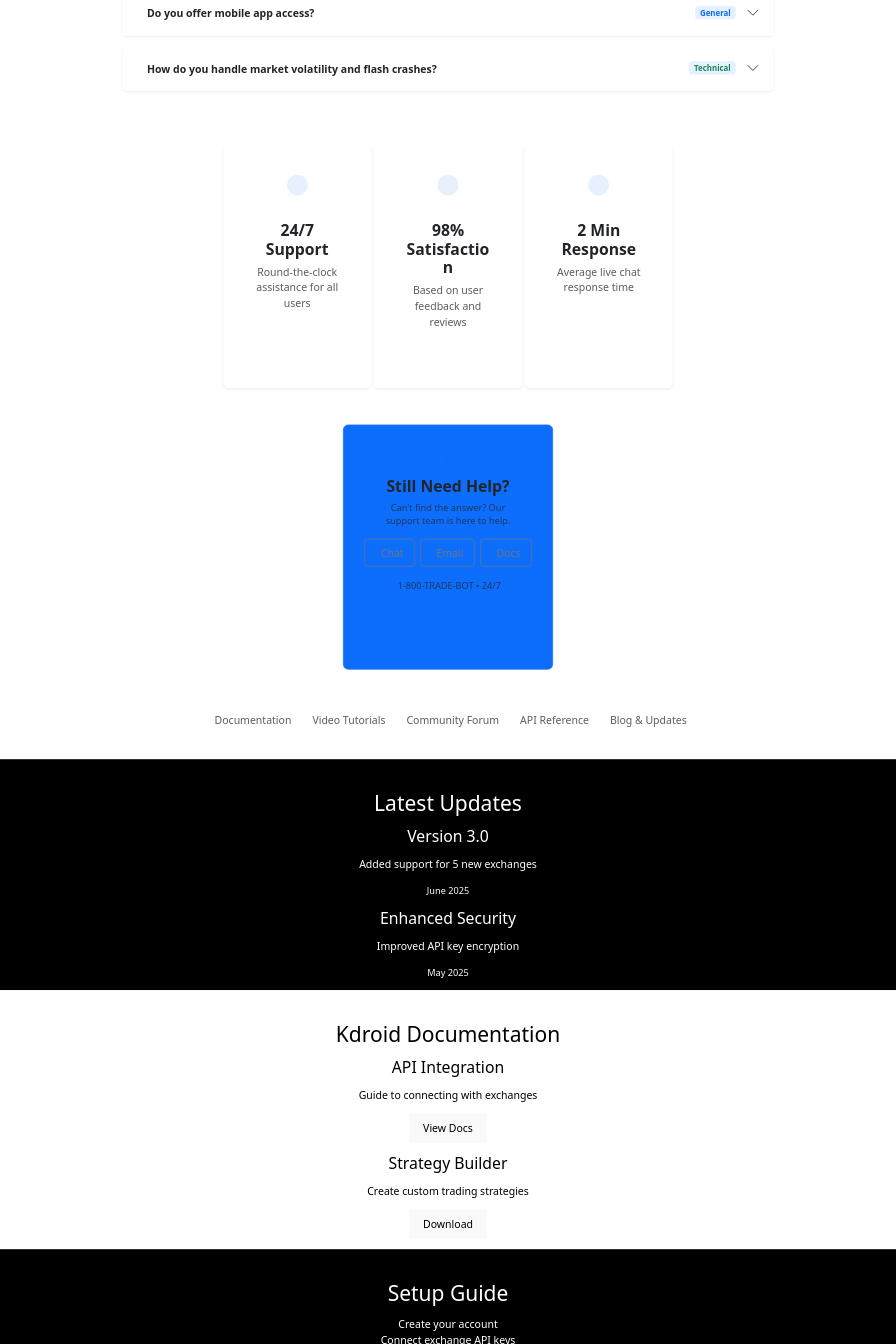
Repository: Kevin-Pro-Codes/halo-trading
Page: /
An editor plug-in stored every save of this project. The page is shown before and after the next save, followed by the edit.
The browser window is 1280 px wide. The pictures show the part of the page from y = 2001 to 3921 px (the page is 10352 px tall before and 10375 px after), at 70% of full size.
The page's requests for data from a server got no answer. The project was rebuilt for these pictures with package versions that can differ from the ones it lists, and the page was loaded fresh each time. Some packages were replaced by stand-ins written for this rebuild. No one was signed in, and anything a server would have sent is missing. Also part of the build but not shown: vite.config.js, src/styles/DocStyle.css, src/styles/PricingStyle.css.

Above is the page before, as saved 2025-12-09 15:39:24.

### src/index.css
:root {
  font-family: system-ui, Avenir, Helvetica, Arial, sans-serif;
  line-height: 1.5;
  font-weight: 400;

  color-scheme: light dark;
  color: rgba(255, 255, 255, 0.87);
  background-color: #242424;

  font-synthesis: none;
  text-rendering: optimizeLegibility;
  -webkit-font-smoothing: antialiased;
  -moz-osx-font-smoothing: grayscale;
}

a {
  font-weight: 500;
  color: #646cff;
  text-decoration: inherit;
}
a:hover {
  color: #535bf2;
}

body {
  margin: 0;
  padding: 0;
}

h1 {
  font-size: 3.2em;
  line-height: 1.1;
}

button {
  border-radius: 8px;
  border: 1px solid transparent;
  padding: 0.6em 1.2em;
  font-size: 1em;
  font-weight: 500;
  font-family: inherit;
  background-color: #1a1a1a;
  cursor: pointer;
  transition: border-color 0.25s;
}
button:hover {
  border-color: #646cff;
}
button:focus,
button:focus-visible {
  outline: 4px auto -webkit-focus-ring-color;
}

@media (prefers-color-scheme: light) {
  :root {
    color: #213547;
    background-color: #ffffff;
  }
  a:hover {
    color: #747bff;
  }
  button {
    background-color: #f9f9f9;
  }
}

### src/Navbar.jsx
import React from 'react';
import haloLogo from './assets/halo.png';



const Navbar = ({ showHamburger, menuOpen, setMenuOpen }) => {
  return (
    <nav className="navbar">
      <div className="nav-content">
        <div className="nav-brand">
          <img src={haloLogo} alt="Trading Bot Logo" className="logo-img" />
        </div>

        {showHamburger ? (
          <div className="hamburger-container">
            <button
              className={`hamburger-btn ${menuOpen ? 'active' : ''}`}
              onClick={() => setMenuOpen(!menuOpen)}
              aria-label="Menu"
            >
              <span></span>
              <span></span>
              <span></span>
            </button>
          </div>
        ) : (
          <div className="nav-links">
            <button className="nav-btn">Home</button>
            <button className="nav-btn">About</button>
            <button className="nav-btn">Products</button>
            <button className="nav-btn">Contact</button>
          </div>
        )}
      </div>

      {showHamburger && menuOpen && (
        <div className="mobile-menu">
          <button className="nav-btn">Home</button>
          <button className="nav-btn">About</button>
          <button className="nav-btn">Products</button>
          <button className="nav-btn">Contact</button>
        </div>
      )}
    </nav>
  );
};

export default Navbar;

### src/components/FaqSection.jsx
import React, { useState } from 'react';

const FaqSection = () => {
  const [activeAccordion, setActiveAccordion] = useState(null);

  const faqs = [
    {
      question: "How does the AI trading bot work?",
      answer: "Our bot uses machine learning algorithms to analyze market data in real-time. It connects to your exchange accounts via secure API keys and executes trades based on your configured strategies. The AI continuously learns from market patterns and adapts to changing conditions for optimal performance.",
      category: "general"
    },
    {
      question: "Which cryptocurrency exchanges are supported?",
      answer: "We support all major exchanges including Binance, Coinbase Pro, Kraken, KuCoin, FTX, Bybit, and Bitfinex. Our platform is compatible with any exchange that provides REST API access. We're constantly adding new exchange integrations based on user demand.",
      category: "technical"
    },
    {
      question: "Is there a free trial or demo version available?",
      answer: "Yes! We offer a 14-day free trial with full access to all features including paper trading (simulated trading with virtual funds). No credit card required to start. After the trial, you can choose from our flexible subscription plans starting at $29/month.",
      category: "pricing"
    },
    {
      question: "How secure is my exchange API access?",
      answer: "We implement bank-level security measures including end-to-end encryption, read-only API key permissions by default, and never store your API secrets on our servers. All keys are encrypted at rest and in transit. We recommend using API keys with withdrawal disabled for maximum security.",
      category: "security"
    },
    {
      question: "Can I run multiple trading strategies simultaneously?",
      answer: "Absolutely! You can run up to 20 different strategies concurrently on a single account. Each strategy can have its own configuration, risk parameters, and asset allocation. Our platform includes strategy backtesting and performance analytics to help you optimize your approach.",
      category: "technical"
    },
    {
      question: "What is the minimum capital required to start?",
      answer: "There's no minimum requirement to use our platform. You can start trading with any amount. However, we recommend starting with at least $100 to account for exchange fees and market fluctuations. Remember: never trade more than you can afford to lose.",
      category: "pricing"
    },
    {
      question: "Do you offer mobile app access?",
      answer: "Yes! We have native iOS and Android apps that provide full functionality including real-time monitoring, strategy adjustments, and performance analytics. You can also access our platform via any modern web browser on desktop or mobile.",
      category: "general"
    },
    {
      question: "How do you handle market volatility and flash crashes?",
      answer: "Our platform includes multiple safety features: stop-loss orders, trailing stops, take-profit targets, and circuit breakers. The AI is trained to recognize abnormal market conditions and can temporarily pause trading during extreme volatility to protect your capital.",
      category: "technical"
    }
  ];

  const categories = [
    { id: "all", name: "All Questions", icon: "bi-grid", variant: "primary" },
    { id: "general", name: "General", icon: "bi-question-circle", variant: "primary" },
    { id: "technical", name: "Technical", icon: "bi-gear", variant: "success" },
    { id: "pricing", name: "Pricing", icon: "bi-currency-dollar", variant: "warning" },
    { id: "security", name: "Security", icon: "bi-shield-check", variant: "info" }
  ];

  const [selectedCategory, setSelectedCategory] = useState("all");

  const filteredFaqs = selectedCategory === "all"
    ? faqs
    : faqs.filter(faq => faq.category === selectedCategory);

  return (
    <section className="py-5 bg-white">
      <div className="container">
        {/* Header */}
        <div className="row justify-content-center text-center mb-5">
          <div className="col-lg-8">
            <h2 className="display-5 fw-bold mb-3">
              Frequently Asked Questions
            </h2>
            <p className="lead text-muted mb-4">
              Get answers to common questions about our trading platform
            </p>
          </div>
        </div>

        {/* Category Filter */}
        <div className="row mb-4">
          <div className="col-12">
            <div className="d-flex flex-wrap justify-content-center gap-2 mb-4">
              {categories.map((category) => (
                <button
                  key={category.id}
                  onClick={() => setSelectedCategory(category.id)}
                  className={`btn btn-sm px-3 py-2 fw-bold ${selectedCategory === category.id ? `btn-${category.variant}` : `btn-outline-${category.variant}`}`}
                >
                  <i className={`bi ${category.icon} me-2`}></i>
                  {category.name}
                </button>
              ))}
            </div>
          </div>
        </div>

        {/* Search Bar */}
        <div className="row justify-content-center mb-5">
          <div className="col-md-8 col-lg-6">
            <div className="input-group shadow-sm">
              <span className="input-group-text bg-white border-end-0">
                <i className="bi bi-search text-muted"></i>
              </span>
              <input
                type="text"
                className="form-control border-start-0"
                placeholder="Search questions..."
              />
              <button className="btn btn-primary">
                Search
              </button>
            </div>
          </div>
        </div>

        {/* FAQ Accordion */}
        <div className="row justify-content-center">
          <div className="col-lg-10">
            <div className="accordion" id="faqAccordion">
              {filteredFaqs.map((faq, index) => (
                <div className="accordion-item border-0 shadow-sm mb-3" key={index}>
                  <h2 className="accordion-header">
                    <button
                      className={`accordion-button ${activeAccordion === index ? '' : 'collapsed'} fw-bold py-4`}
                      type="button"
                      onClick={() => setActiveAccordion(activeAccordion === index ? null : index)}
                      style={{
                        backgroundColor: activeAccordion === index ? 'rgba(13, 110, 253, 0.05)' : 'white'
                      }}
                    >
                      <div className="d-flex align-items-center w-100">
                        <i className="bi bi-question-circle-fill text-primary me-3"></i>
                        <span className="me-auto">{faq.question}</span>
                        <span className={`badge bg-${categories.find(c => c.id === faq.category)?.variant} bg-opacity-10 text-${categories.find(c => c.id === faq.category)?.variant} me-3`}>
                          {categories.find(c => c.id === faq.category)?.name}
                        </span>
                      </div>
                    </button>
                  </h2>
                  <div
                    className={`accordion-collapse collapse ${activeAccordion === index ? 'show' : ''}`}
                  >
                    <div className="accordion-body py-4">
                      <p className="text-muted mb-4">{faq.answer}</p>
                      <div className="d-flex justify-content-between align-items-center">
                        <div className="d-flex gap-2">
                          <span className="badge bg-light text-dark border">#AI</span>
                          <span className="badge bg-light text-dark border">#Trading</span>
                          <span className="badge bg-light text-dark border">#Platform</span>
                        </div>
                        <button className="btn btn-sm btn-outline-primary">
                          <i className="bi bi-hand-thumbs-up me-1"></i>
                          Helpful
                        </button>
                      </div>
                    </div>
                  </div>
                </div>
              ))}
            </div>
          </div>
        </div>

        {/* Stats */}
        <div className="row justify-content-center mt-5 mb-2">
          <div className="col-sm-7">
            <div className="row g-1">
              <div className="col-md-4 text-center">
                <div className="card border-0 shadow-sm h-1">
                  <div className="card-body p-4">
                    <div className="bg-primary bg-opacity-10 p-3 rounded-circle d-inline-block mb-3">
                      <i className="bi bi-headset text-primary fs-4"></i>
                    </div>
                    <h3 className="fw-bold mb-2">24/7 Support</h3>
                    <p className="text-muted mb-0">Round-the-clock assistance for all users</p>
                  </div>
                </div>
              </div>
              <div className="col-md-4 text-center">
                <div className="card border-0 shadow-sm h-1">
                  <div className="card-body p-4">
                    <div className="bg-success bg-opacity-10 p-3 rounded-circle d-inline-block mb-3">
                      <i className="bi bi-check-circle text-success fs-4"></i>
                    </div>
                    <h3 className="fw-bold mb-2">98% Satisfaction</h3>
                    <p className="text-muted mb-0">Based on user feedback and reviews</p>
                  </div>
                </div>
              </div>
              <div className="col-md-4 text-center">
                <div className="card border-0 shadow-sm h-1">
                  <div className="card-body p-4">
                    <div className="bg-warning bg-opacity-10 p-3 rounded-circle d-inline-block mb-3">
                      <i className="bi bi-lightning text-warning fs-4"></i>
                    </div>
                    <h3 className="fw-bold mb-2">2 Min Response</h3>
                    <p className="text-muted mb-0">Average live chat response time</p>
                  </div>
                </div>
              </div>
            </div>
          </div>
        </div>

{/* CTA Section - Wider & Shorter */}
<div className="row justify-content-center mt-4">
  <div className="col-lg-11 col-xl-10">  {/* WIDER */}
    <div className="card border-primary bg-primary bg-opacity-5">

      {/* Reduced vertical padding */}
      <div className="card-body p-3 p-md-4">

        {/* Smaller header spacing */}
        <div className="text-center mb-3">
          <div className="bg-primary bg-opacity-10 p-2 rounded-circle d-inline-block mb-2">
            <i className="bi bi-question-circle-fill text-primary fs-4"></i>
          </div>
          <h4 className="fw-bold mb-2">Still Need Help?</h4>
          <p className="text-muted mb-3 small">
            Can't find the answer? Our support team is here to help.
          </p>
        </div>

        {/* Smaller buttons & tighter spacing */}
        <div className="d-flex flex-column flex-md-row justify-content-center align-items-center gap-2 mb-3">
          <button className="btn btn-outline-secondary px-3 py-2">
            <i className="bi bi-chat-dots me-2"></i> Chat
          </button>

          <button className="btn btn-outline-secondary px-3 py-2">
            <i className="bi bi-envelope me-2"></i> Email
          </button>

          <button className="btn btn-outline-secondary px-3 py-2">
            <i className="bi bi-book me-2"></i> Docs
          </button>
        </div>

        {/* Smaller footer */}
        <div className="text-center mt-2">
          <small className="text-muted">
            <i className="bi bi-telephone me-1"></i>
            1-800-TRADE-BOT • 24/7
          </small>
        </div>

      </div>
    </div>
  </div>
</div>

        {/* Quick Links */}
        <div className="row justify-content-center mt-5">
          <div className="col-lg-10">
            <div className="d-flex flex-wrap justify-content-center gap-3 gap-md-4">
              <a href="#" className="text-decoration-none text-muted d-flex align-items-center">
                <i className="bi bi-file-text me-2"></i>
                <span>Documentation</span>
              </a>
              <a href="#" className="text-decoration-none text-muted d-flex align-items-center">
                <i className="bi bi-youtube me-2"></i>
                <span>Video Tutorials</span>
              </a>
              <a href="#" className="text-decoration-none text-muted d-flex align-items-center">
                <i className="bi bi-people me-2"></i>
                <span>Community Forum</span>
              </a>
              <a href="#" className="text-decoration-none text-muted d-flex align-items-center">
                <i className="bi bi-github me-2"></i>
                <span>API Reference</span>
              </a>
              <a href="#" className="text-decoration-none text-muted d-flex align-items-center">
                <i className="bi bi-file-earmark-text me-2"></i>
                <span>Blog & Updates</span>
              </a>
            </div>
          </div>
        </div>
      </div>
    </section>
  );
};

export default FaqSection;

### src/components/LatestSection.jsx
import React from 'react';
// import './LatestUpdates.css'; // Optional: import your styles

const LatestSection = () => {
  return (
    <section className="section-black">
      <div className="section-content">
        <h2>Latest Updates</h2>
        <div className="updates-grid">
          <div className="update-card">
            <h3>Version 3.0</h3>
            <p>Added support for 5 new exchanges</p>
            <small>June 2025</small>
          </div>
          <div className="update-card">
            <h3>Enhanced Security</h3>
            <p>Improved API key encryption</p>
            <small>May 2025</small>
          </div>
        </div>
      </div>
    </section>
  );
};

export default LatestSection;

### src/components/DocSection.jsx

import React from 'react';
// import './LatestUpdates.css'; // Optional: import your styles

const DocSection = () => {
  return (
      <section className="section-white">
          <div className="section-content">
            <h2>Kdroid Documentation</h2>
            <div className="doc-grid">
              <div className="doc-card">
                <h3>API Integration</h3>
                <p>Guide to connecting with exchanges</p>
                <button className="doc-btn">View Docs</button>
              </div>
              <div className="doc-card">
                <h3>Strategy Builder</h3>
                <p>Create custom trading strategies</p>
                <button className="doc-btn">Download</button>
              </div>
            </div>
          </div>
        </section>

  );
};

export default DocSection;

### src/components/SetupSection.jsx
import React from "react";

const SetupSection = () => {
  return (
    <section className="section-black">
      <div className="section-content">
        <h2>Setup Guide</h2>
        <ul className="setup-steps">
          <li>Create your account</li>
          <li>Connect exchange API keys</li>
          <li>Configure your trading strategy</li>
          <li>Set risk management parameters</li>
          <li>Activate and monitor performance</li>
        </ul>
      </div>
    </section>
  );
};

export default SetupSection;

### src/Footer.jsx
import React from "react";

const Footer = () => {
  return (
    <footer className="section-black">
      <div className="section-content">
        <div className="footer-grid">
          <div className="footer-col">
            <h3>Contact</h3>
            <p>Email: support@halo.com</p>
            <p>Phone: +55 11 9987-6543</p>
            <p>Address: 456 Finance Street, Crypto City</p>
          </div>
          <div className="footer-col">
            <h3>Legal</h3>
            <p><a href="#">Risk Disclosure</a></p>
            <p><a href="#">Terms of Service</a></p>
            <p><a href="#">Privacy Policy</a></p>
          </div>
          <div className="footer-col">
            <h3>Support</h3>
            <p><a href="#">Help Center</a></p>
            <p><a href="#">API Documentation</a></p>
            <p><a href="#">Community Forum</a></p>
            <p className="mt-3"><a href="#">MetaTrader 5</a></p>
          </div>
        </div>
        <div className="footer-bottom">
          <p>
            © 2025 Halo Algo Trading. All rights reserved. Disclaimer: Trading
            involves risk. Past performance is not indicative of future results.
          </p>
          <p className="disclaimer"></p>
        </div>
      </div>
    </footer>
  );
};

export default Footer;

### src/styles/ConverterStyle.css
/* Add to your existing CSS */
.converter-container {
  max-width: 500px;
  margin: 0 auto;
}

.converter-card {
  background-color: white;
  padding: 2rem;
  border-radius: var(--border-radius);
}

.converter-row {
  display: flex;
  align-items: center;
  margin-bottom: 1rem;
}

.converter-row label {
  width: 80px;
  text-align: right;
  margin-right: 1rem;
}

.converter-row input {
  flex: 1;
  padding: 0.5rem;
  border-radius: var(--border-radius);
  border: 1px solid #ddd;
  background-color: var(--bg-light);
  color: var(--text-dark);
}

.converter-card label,
.converter-card .rate-display {
  color: black; /* Replace with your desired color */
  font-weight: bold;
}

.rate-display {
  text-align: center;
  margin-top: 1.5rem;
  font-size: 0.9rem;
  opacity: 0.8;
}

/* Responsive adjustments */
@media (max-width: 600px) {
  .converter-row {
    flex-direction: column;
    align-items: flex-start;
  }

  .converter-row label {
    width: 100%;
    text-align: left;
    margin-bottom: 0.5rem;
  }
}

### src/styles/FooterStyle.css

/* Footer */
.footer-grid {
  display: grid;
  grid-template-columns: repeat(auto-fit, minmax(200px, 1fr));

}

.footer-col a {
  color: var(--text-light);
  text-decoration: none;

}

.footer-col a:hover {
  text-decoration: underline;

}

.footer-bottom {
  text-align: center;
  padding-top: 1rem;
  border-top: 1px solid rgba(255, 255, 255, 0.1);

}

.disclaimer {

  padding-bottom: 10px;
   margin-bottom: 0px !important;
}

Loaded but not shown: index.html (common file); src/main.jsx (common file); src/components/GallerySection.jsx (302 lines, source omitted); src/components/PricingSection.jsx (314 lines, source omitted); src/components/TestimonialSection.jsx (224 lines, source omitted); src/components/IntroSection.jsx (222 lines, source omitted); src/App.jsx (157 lines, source omitted); src/styles/NavbarStyle.css (126 lines, source omitted); src/components/ConverterSection.jsx (73 lines, source omitted); src/App.css (163 lines, source omitted); src/styles/GalleryStyle.css (62 lines, source omitted); src/components/PerformanceSection.jsx (47 lines, source omitted); src/styles/FaqStyle.css (no stored copy; drawn as an empty file); src/styles/IntroStyle.css (no stored copy; drawn as an empty file); src/styles/LatestStyle.css (no stored copy; drawn as an empty file); src/styles/PerformanceStyle.css (no stored copy; drawn as an empty file); src/styles/SetupStyle.css (no stored copy; drawn as an empty file); src/styles/TestimonialStyle.css (no stored copy; drawn as an empty file)

After the next save:
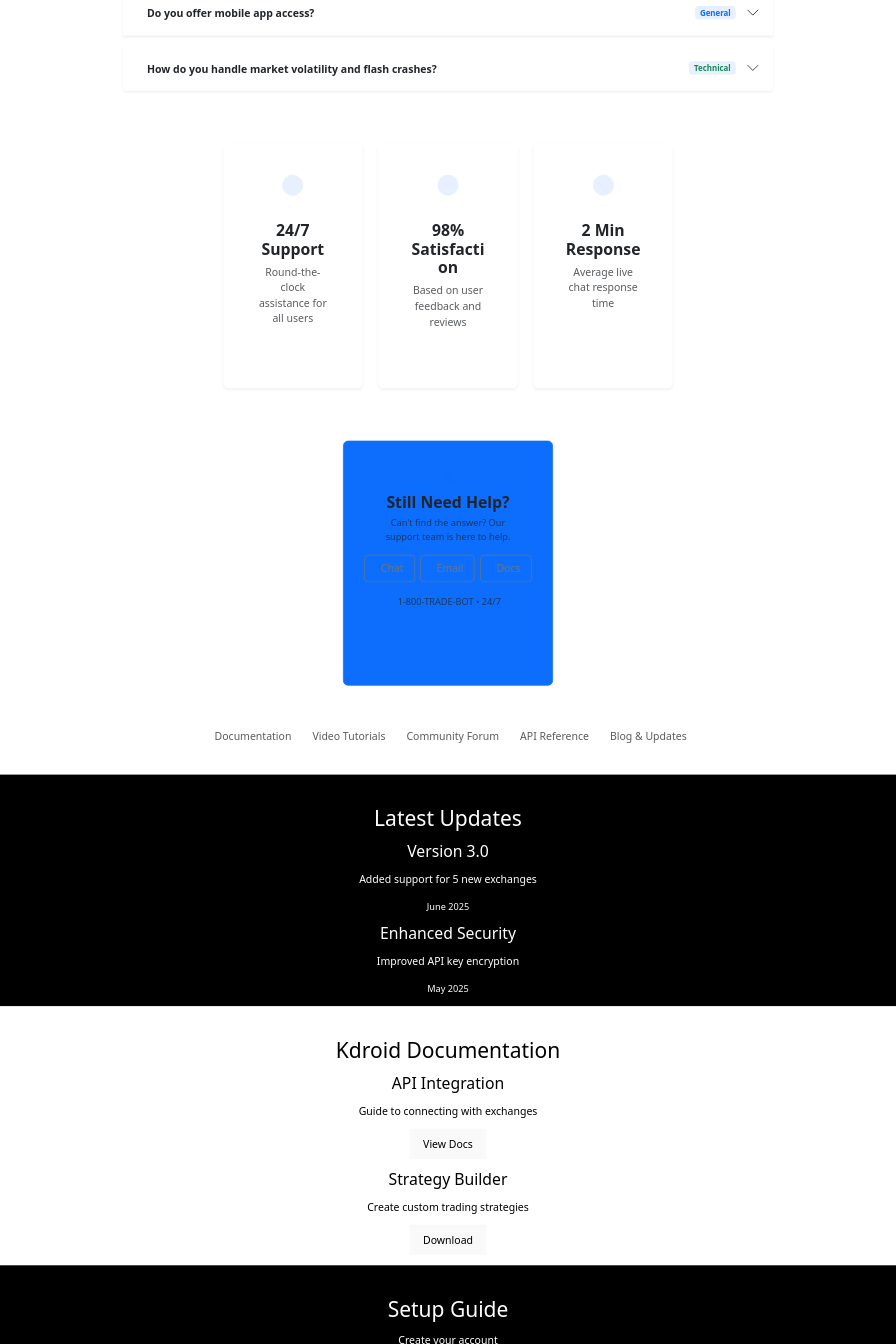
Saved 8 s later.
--- a/src/components/FaqSection.jsx
+++ b/src/components/FaqSection.jsx
@@ -161,9 +161,9 @@ const FaqSection = () => {
         </div>
 
         {/* Stats */}
-        <div className="row justify-content-center mt-5 mb-2">
+        <div className="row justify-content-center mt-5 mb-5">
           <div className="col-sm-7">
-            <div className="row g-1">
+            <div className="row g-4">
               <div className="col-md-4 text-center">
                 <div className="card border-0 shadow-sm h-1">
                   <div className="card-body p-4">
